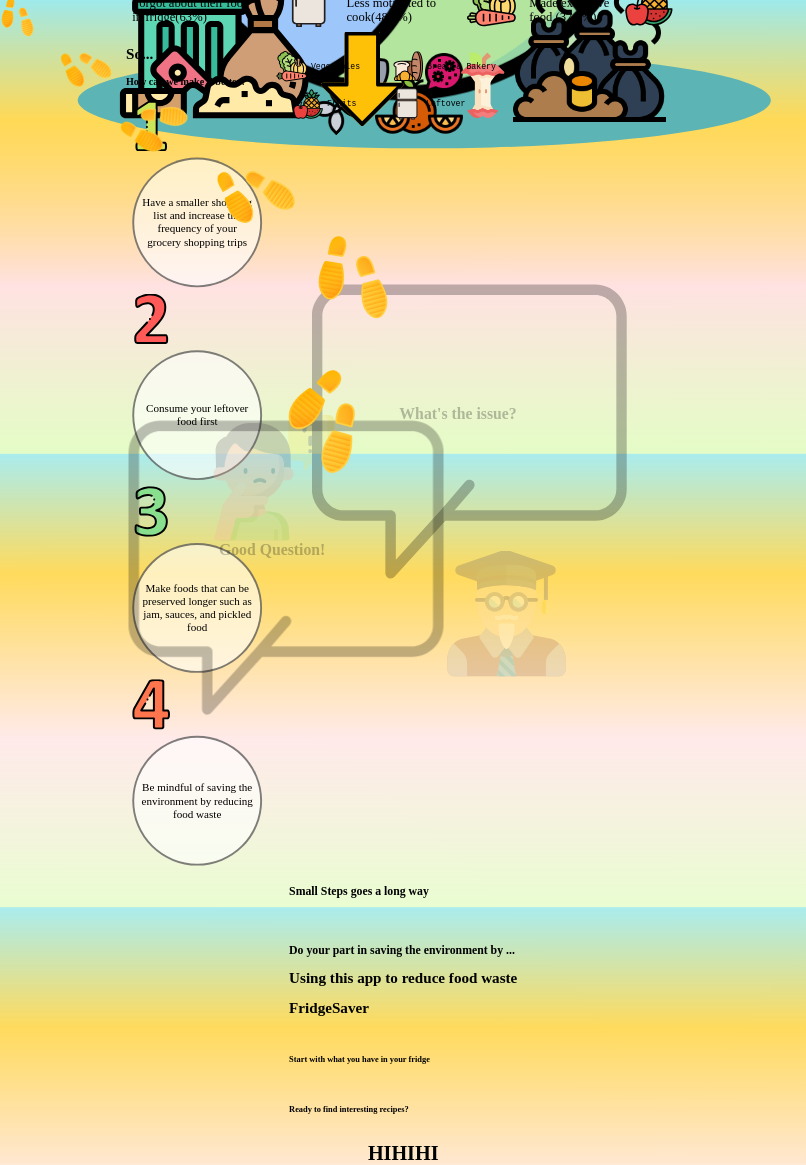
Repository: iorid3/Midterm
Page: index.html
The author's editor kept a copy of each file at every save. The page is drawn from the files as they stood at one save, then again after the next save.
The browser window is 1280 px wide. The pictures show the whole page, at 63% of full size.
Pictures or frames that could not be fetched are drawn as grey boxes.

Above is the page before, as saved 2021-03-09 11:09:17.

### index.html
<!DOCTYPE html>
<html>
    <head>
       <title>Mid term</title>
        <link href= "./index.css"  rel ="stylesheet" type = "text/css" >
    </head>
<body>
   <div id = "main">

        <div class = "section1">
            <div><h1> How Food Waste Impacts Our World</h1></div>
            <div><img src ="./Images/earth crying.svg"/></div>
            <div class = "comp1"></div>
            <div class = "comp2"></div>
            <div class = "comp5"></div>
        </div>

        <div class = "section2">
            <div><h2>DId you know that...</h2></div>
            <div class ="comp3_1"></div>
            <div class ="comp3_2"></div>
            <div class ="comp3_3"></div>
            <div class ="comp3_4"></div>
            <div class = "comp1"></div>

            <div class = "flag"><img src = ""></div>
            <div><h3>Most Common Foods Thrown out by Canadians</h3></div>
               <div class = "container1">
                    <div class ="comp4_1"></div>
                    <div class ="comp4_2"></div>
                    <div class ="comp4_3"></div>
                    <div class ="comp4_4"></div>
                </div>

            <div class = "comp5"></div>
            <div><h3>In Canada, entirely, that is almost 2.2 million tonnes of food wasted</h3></div>
            <div><img src = ""></div>
        </div>

        <div class = "section3">
            <div><h2>How does food waste contribute to carbon foodprint?</h2></div>
            <div><img src = ""></div>

            <div class = "comp6"></div>
            <div class = "comp6"></div>
            <div class = "comp6"></div>
            <div class = "comp6"></div>

                <div class = "container2">
                    <div><img src = ""></div>
                    <div><img src = ""></div>
                    <div><img src = ""></div>
                </div>

            <div class = "comp6"></div>


        </div>


        <div class = "section4">
            <div class = "container3">
               <div><img src = ""></div>
               <div><h3>Survey Results</h3></div>
               <div>Out of 27 responses...</div>
            </div>


            <div class ="comp2"></div>
            <div><h4>Top3 foods that are wasted...</h4></div>
            <div class = "container4">
                <div class = "comp7"></div>
                <div class = "comp7"></div>
                <div class = "comp7"></div>
            </div>

            <div><h4>Top3 reasons why they are wasted...</h4></div>
            <div class = "container5">
                <div class = "comp8"></div>
                <div class = "comp8"></div>
                <div class = "comp8"></div>
            </div>



            <div><h2>So...</h2></div>

            <div><h4>How can we make it better?</h4></div>
            <div class = "container6">
                <div class ="comp9"></div>
                <div class ="comp9"></div>
                <div class ="comp9"></div>
                <div class ="comp9"></div>
            </div>
        </div>

        <div class = "section5">

            <div><h3>Small Steps goes a long way</h3></div>
            <div class = "comp10"></div>
            <div class = "comp10"></div>
            <div class = "comp10"></div>
            <div class = "comp10"></div>
            <div class = "comp10"></div>
            <div class = "comp10"></div>

            <div><img src = ""></div>
            <div><img src = ""></div>

            <div class = "comp5"></div>
            <div><h3>Do your part in saving the environment by ...</h3></div>
            <div><h2>Using this app to reduce food waste</h2></div>
            <div><h2>FridgeSaver</h2></div>
            <div><img src =""></div>
            <div class = "comp5"></div>
            <div><h5>Start with what you have in your fridge</h5></div>

            <div><img src =""></div>
            <div><h5>Ready to find interesting recipes?</h5></div>



        </div>

    <h1>HIHIHI</h1>



       <!-- <div class = "col left">
           <div class = "row top">
               <div class = "shake"></div>
           </div>
           <div class = "row mid">
               <div class = "rank1"></div>
               <div class = "rank2"></div>
           </div> -->
    </div>

<script src = ./Comps/comp1/index.js></script>
<script src = ./Comps/comp2/index.js></script>
<script src = ./Comps/comp3/index.js></script>
<script src = ./Comps/comp4/index.js></script>
<script src = ./Comps/comp5/index.js></script>
<script src = ./Comps/comp6/index.js></script>
<script src = ./Comps/comp7/index.js></script>
<script src = ./Comps/comp8/index.js></script>
<script src = ./Comps/comp9/index.js></script>
<script src = ./Comps/comp10/index.js></script>

<script src = ./index.js></script>
</body>
</html>

### index.css
html,body{
    margin:0;
    background: linear-gradient(180deg, rgba(156, 233, 235, 0.86) 0%, rgba(255, 217, 86, 0.96) 26.56%, rgba(255, 220, 220, 0.6) 63.02%, rgba(227, 252, 195, 0.76) 100%);
    mix-blend-mode: normal;
}
#main{
    width:100vw;
    height:100vh;
    display:flex;
    flex-direction: column;
    align-items: center;
    justify-content: center;
}

.section1{
    width: 100%;
    height:20%;
    flex-grow:1;

}

.section2{
    width: 100%;
    height:20%;
    flex-grow:1;
}

### Comps/comp1/index.js
function Comp1UI(url="Images/confusion.png", size ="10px", font= "Poppins", text="text"){
    return `<div style='
            width: 100vw;
            height: 30vh;
            display: inline-flex;
            justify-content: center;
            align-items: center;
            transition: opacity 1s;
            opacity: 0.25;
        '
        onclick='Comp1UI.HandleClick(this)'
        >

        <img style='
            display: inline-flex;
            width: 200px;
            position: relative;
            left: 140px;
            top: 60px;
        'src="${url}" />

        <div>
            <img style='
                display: inline-flex;
                position: relative;
                width: 500px;
                left: 100px;
                bottom: 10px;
            'src="Images/chat.svg" />

            <div style='
                display: inline-flex;
                position: relative;
                bottom: 280px;
                right: 265px;
                font-size: ${size};
                font-weight: bold;
                font-family: ${font};
            '> ${text}</div>
        </div>
    </div>`
}

Comp1UI.HandleClick = (el) => {
    el.style.opacity = 1;
}

### Comps/comp2/index.js
function Comp2UI(url="Images/confusion.png", size ="10px", font= "Poppins", text="text"){
    return `<div style='
        width: 100vw;
        height: 30vh;
        display: inline-flex;
        justify-content: center;
        align-items: center;
        transition: opacity 1s;
        opacity: 0.25;
    '
    onclick='Comp1UI.HandleClick(this)'
    >

        <img style='
            display: inline-flex;
            width: 200px;
            position: relative;
            left: 500px;
            top:60px;
        ' src="${url}"/>

        <div>
            <img style='
                display: inline-flex;
                position: relative;
                width: 500px;
                right: 200px;
                bottom: 10px;
                transform: rotateY(180deg)
            ' src="Images/chat2.svg" />

            <div style='
                display: inline-flex;
                position: relative;
                bottom: 280px;
                right: 560px;
                font-size: ${size};
                font-weight: bold;
                font-family: ${font};
            ' >${text}</div>
        </div>
    </div>`
}

Comp2UI.HandleClick = (el) => {
    el.style.opacity = 1;
}

### Comps/comp3/index.js
function Comp3UI(Text='Average Canadian wastes 140kg of food in a year', url='https://placekitten.com/400/400') {
    return `
        <div style='
            display: inline-flex;
            align-items: center;
            justify-content: center;

            transition-property: transform;
            transition-duration: 1s;
            transition-timing-function: ease-in-out;
            transition-delay: 1s;

        '>
            <div style='
                flex-basis: 200px;
                text-align: center;
                padding-right: 10px;
                font-family: monospace;


            '
            >${Text}</div>

            <div style='
                width: 100px;
                height: 100px;
            '
            // onclick='Comp3UI.HandleClick(this)'
            >
                <img  style='
                    width: 100%;
                    height: 100%;
                    object-fit: cover;
                '
                src='${url}' />
        </div>
    `
}

// Comp3UI.HandleClick = (el) => {
//     el.style.top = "110%";
// }


// export const Comp3 = Comp3UI();

### Comps/comp4/index.js
function Comp4UI(url='https://placekitten.com/300/300',text='Bread & Bakery',x='0',y='0') {
    return `
        <div style='
            display: flex;
            flex-direction: row;
            align-item: center;
            justify-content: center;
            width: 250px;
            height: 50px;
            margin: 10px;
            position: absolute;
            top: ${x}px;
            left: ${y}px;

            animation-name: bouncing;
            animation-duration: 1.5s;
            animation-direction: alternate;
            animation-iteration-count: infinite;
            animation-delay: 2s;



        '
        >
            <div style='
                width: 50px;
                height: 50px;
            '>
                <img style='
                    width: 100%;
                    height: 100%;
                    object-fit: cover;
                '
                src='${url}' />
            </div>
            <div style='
            font-family: monospace;
            text-align: center;
            padding-top: 18px;
            padding-left: 5px;
            '
            >${text}</div>
        </div>
    `
}




// export const Comp4 = Comp4UI();

### Comps/comp5/index.js
function Comp5UI(x='0', y='0', url='https://placekitten.com/300/300') {
    return `
        <div style='
            width: 150px;
            height: 150px;
            position: absolute;
            top: ${x}px;
            left: ${y}px;

        '
        >
            <img style='
                width: 100%;
                height: 100%;
                object-fit: cover;

                animation-name: bounce;
                animation-duration: 1s;
                animation-direction: alternate;
                animation-iteration-count: infinite;

            '
            src='${url}' />


        </div>

    `
}

// export const Comp5 = Comp5UI();

### Comps/comp6/index.js
function Carboncomp(text =" 7% of greenhouse gases produced globally are due to preventable food waste", url= "images/factory.svg"){
    return `<div style = "
                          display:inline-flex;
                          ">
                         <div style = "display:flex;
                         padding:10px;">
                         <img style ="
                          width:100px;
                          height:100px;
                         " src  = "${url}"></div>
                         <div style ="
                         display:flex;
                         padding:10px;"><p>${text}</p></div>

            </div>`

}

### Comps/comp7/index.js
function Graphcomp(url ="images/vegetable.svg",text ="Leftovers(59.3%)",color ="pink",width ="200px" ){
    return `<div style = "
                          display:inline-flex;
                          align-items:flex-start;
                          justify-content:flex-start;
                          ">
                            <div style = "display:flex;
                            padding:10px;
                            width:80px;
                            height:80px;
                            ">
                            <img src  = "${url}"></div>
                            <div class = "graph"
                            style ="
                            width:${width};
                            height:30px;
                            margin-top:10px;
                            background-color:${color};
                            box-shadow: 3px 3px ;
                            transition:background-color,1s,box-shadow, 1s;"
                            onmouseover = "Graphcomp.HandleMouseover(this)">
                            <div style ="
                            display:flex;
                            padding:10px;
                            font-size:25px;"><p>${text}</p></div>
                            </div>



            </div>`


}

Graphcomp.HandleMouseover = (el)=>{
   el.style.boxShadow = "8px 8px";
//    el.style.width = "400px";
 }

### Comps/comp8/index.js
function Graphcomp2(url ="images/vegetable.svg",text ="Leftovers(59.3%)",color ="pink",width ="200px" ){
    return `<div style = "
                          display:inline-flex;
                          flex-direction:row;
                          justify-content:center;
                          ">
                            <div class = "graph"
                            style ="
                            display:flex;
                            width:${width};
                            height:30px;
                            margin-top:10px;
                            background-color:${color};
                            box-shadow: 3px 3px ;
                            transition:background-color,1s,box-shadow, 1s;"
                            onmouseover = "Graphcomp2.HandleMouseover(this)">
                            <div style ="
                            display:flex;
                            width:200px;
                            padding:10px;
                            font-size:20px;"><p>${text}</p></div>
                            </div>
                            <div style = "display:flex;
                            padding:10px;
                            width:80px;
                            height:80px;
                            ">
                            <img src  = "${url}"></div>




            </div>`


}

Graphcomp2.HandleMouseover = (el)=>{
//    el.style.backgroundColor  = "blue";
   el.style.boxShadow = "8px 8px";
//    el.style.width = "400px";
 }

### Comps/comp9/index.js
function Comp9UI(url="Images/1.svg", text="4 Ways to Make it Better") {
    return `
        <img style='
            width: 80px;
            height: 80px;
            transition: width 0.2s;
            transition-timing-function: ease-in-out;
            display: flex;
        justify-content: center;
        align-items: center;
        flex-wrap: wrap;
        '

        onmouseover='Comp9UI.HandleImageHover(this)'
        onmouseout='Comp9UI.HandleImageHoverOut(this)'

        src="${url}"/>

        <div style='
            width: 180px;
            height: 180px;
            margin: 10px;
            padding: 10px;
            background-color: rgba(255, 255, 255, 0.6);
            border: 3px solid rgba(0, 0, 0, 0.5);
            border-radius: 50%;
            display: flex;
            justify-content: center;
            align-items: center;
            font-size: 1.1em;
            line-height: 1.2em;
            text-align: center;
            transition: width 0.2s;
            transition-timing-function: ease-in-out;
        '
            onmouseover='Comp9UI.HandleHover(this)'
            onmouseout='Comp9UI.HandleHoverOut(this)'

        >${text}</div>

    `
}

Comp9UI.HandleImageHover = (el) => {
    el.style.width = "120px";
    el.style.height = "120px";
}

Comp9UI.HandleImageHoverOut = (el) => {
    el.style.width = "80px";
    el.style.height = "80px";
}

Comp9UI.HandleHover = (el) => {
    el.style.color = "#2E8B57";
    // el.style.width = "210px";
    // el.style.height = "210px";
    // el.style.fontSize = "1.4em";
}

Comp9UI.HandleHoverOut = (el) => {
    el.style.color = "#000000";
    // el.style.width = "180px";
    // el.style.height = "180px";
    // el.style.fontSize = "1.1em";
}
// export const comp9 = Comp9UI();

### Comps/comp10/index.js
function Comp10UI(w="55px", tdeg="120deg", top="0px", left="0px", anidelay="1s") {
    return `
    <img style='
        width: ${w};
        transform: rotate(${tdeg});
        position: absolute;
        top: ${top};
        left: ${left};

        animation-name: footsteps;
        animation-duration: 4s;
        animation-delay: ${anidelay};
        animation-iteration-count: infinite;

    'src="Images/footstep.png"/>

    `
}

// export const comp10 = Comp10UI();

### index.js
document.querySelector(".comp1").innerHTML += Comp1UI("./images/question.svg","25px", "Poppins", "What's the issue?");
document.querySelector(".comp2").innerHTML += Comp2UI("./images/professor.svg", "25px", "Poppins", "Good Question!");

//add claudia's componenets

document.querySelector(".comp3_1").innerHTML += Comp3UI('Average Canadian wastes 140kg of food in a year', 'Images/crowd.svg')
document.querySelector(".comp3_2").innerHTML += Comp3UI('That’s worth about $1,100 Canadian dollars', 'Images/plant.svg')
document.querySelector(".comp3_3").innerHTML += Comp3UI('About 63% of the food that is thrown away could be eaten or used', 'Images/garbage.svg')
document.querySelector(".comp3_4").innerHTML += Comp3UI('A single household waste approximately $100 per month', 'Images/family.svg')

document.querySelector(".comp4_1").innerHTML += Comp4UI('Images/vegetable.svg', 'Vegetables',70,370)
document.querySelector(".comp4_2").innerHTML += Comp4UI('Images/bread.svg', 'Bread & Bakery',70,570)
document.querySelector(".comp4_3").innerHTML += Comp4UI('Images/fruits.svg', 'Fruits',130,380)
document.querySelector(".comp4_4").innerHTML += Comp4UI('Images/fridge.svg', 'Leftover',130,545)

document.querySelector(".comp5").innerHTML += Comp5UI(50,500,'Images/down-arrow.svg')


document.querySelector(".comp9").innerHTML += Comp9UI("Images/1.svg", "Have a smaller shopping list and increase the frequency of your grocery shopping trips");
document.querySelector(".comp9").innerHTML += Comp9UI("Images/2.svg", "Consume your leftover food first");
document.querySelector(".comp9").innerHTML += Comp9UI("Images/3.svg", "Make foods that can be preserved longer such as jam, sauces, and pickled food");
document.querySelector(".comp9").innerHTML += Comp9UI("Images/4.svg", "Be mindful of saving the environment by reducing food waste");

document.querySelector(".comp10").innerHTML += Comp10UI("60px", "120deg", "0px", "0px", "1s");
document.querySelector(".comp10").innerHTML += Comp10UI("75px", "80deg", "70px", "100px", "1.5s");
document.querySelector(".comp10").innerHTML += Comp10UI("95px", "50deg", "150px", "200px", "2s");
document.querySelector(".comp10").innerHTML += Comp10UI("115px", "80deg", "250px", "350px", "2.5s");
document.querySelector(".comp10").innerHTML += Comp10UI("130px", "120deg", "380px", "500px", "3s");
document.querySelector(".comp10").innerHTML += Comp10UI("145px", "150deg", "600px", "450px", "3.5s");

document.querySelector(".comp6").innerHTML +=  Carboncomp();
document.querySelector(".comp6").innerHTML +=  Carboncomp(text = "Waste food that ends up in the landfill produces methane gas",url= "images/garbage.svg");
document.querySelector(".comp6").innerHTML +=  Carboncomp(text ="which 21x more potent than carbon dioxide. It may give serious damage to our society. ",url ="images/skull.svg" );
document.querySelector(".comp6").innerHTML +=  Carboncomp(text = "From the time we harvest foods, to processing,to distribution,to decomposition", url ="images/barn.svg");
document.querySelector(".comp6").innerHTML +=  Carboncomp();
document.querySelector(".comp7").innerHTML +=  Graphcomp("Images/fridge.svg",text ="Leftovers(59.3%)",color ="orange",width ="200px");
document.querySelector(".comp7").innerHTML +=  Graphcomp("Images/vegetable.svg",text ="Vegetables(55.6%)",color ="blue",width ="190px");
document.querySelector(".comp7").innerHTML +=  Graphcomp("Images/fruits.svg",text ="Fruits(33.3%)",color ="red",width ="120px");
document.querySelector(".comp8").innerHTML +=  Graphcomp2("Images/fridge.svg",text ="Forgot about theif food in fridge(63%)",color ="orange",width ="240px");
document.querySelector(".comp8").innerHTML +=  Graphcomp2("Images/vegetable.svg",text ="Less motivated to cook(48.1%)",color ="blue",width ="190px");
document.querySelector(".comp8").innerHTML +=  Graphcomp2("Images/fruits.svg",text ="Made excessive food (37.3%)",color ="red",width ="150px");

After the next save:
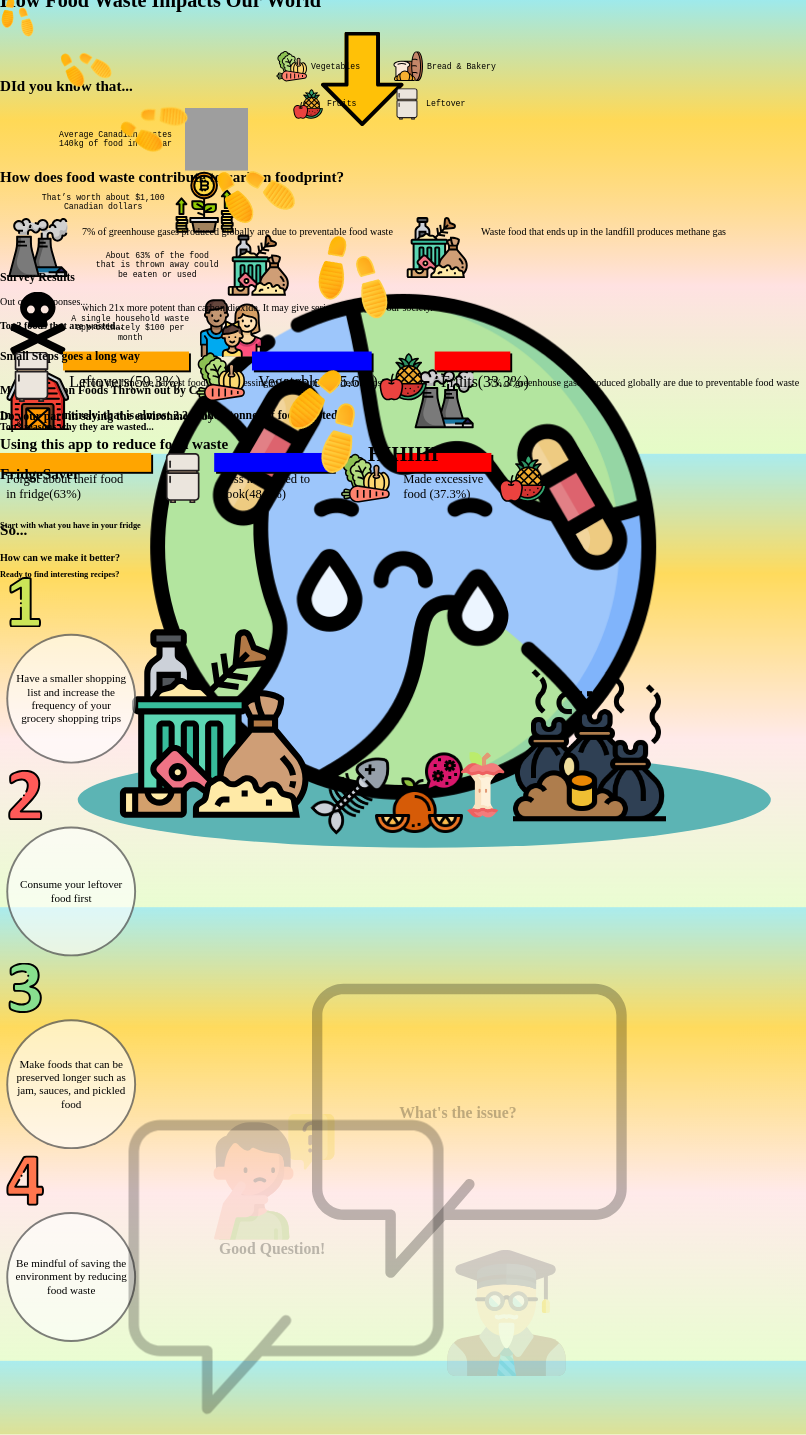
Saved 25 s later.
--- a/index.css
+++ b/index.css
@@ -16,7 +16,6 @@ html,body{
     width: 100%;
     height:20%;
     flex-grow:1;
-
 }
 
 .section2{
@@ -24,3 +23,22 @@ html,body{
     height:20%;
     flex-grow:1;
 }
+
+.section3{
+    width: 100%;
+    height:20%;
+    flex-grow:1;
+}
+
+.section4{
+    width: 100%;
+    height:20%;
+    flex-grow:1;
+}
+
+
+.section5{
+    width: 100%;
+    height:20%;
+    flex-grow:1;
+}
